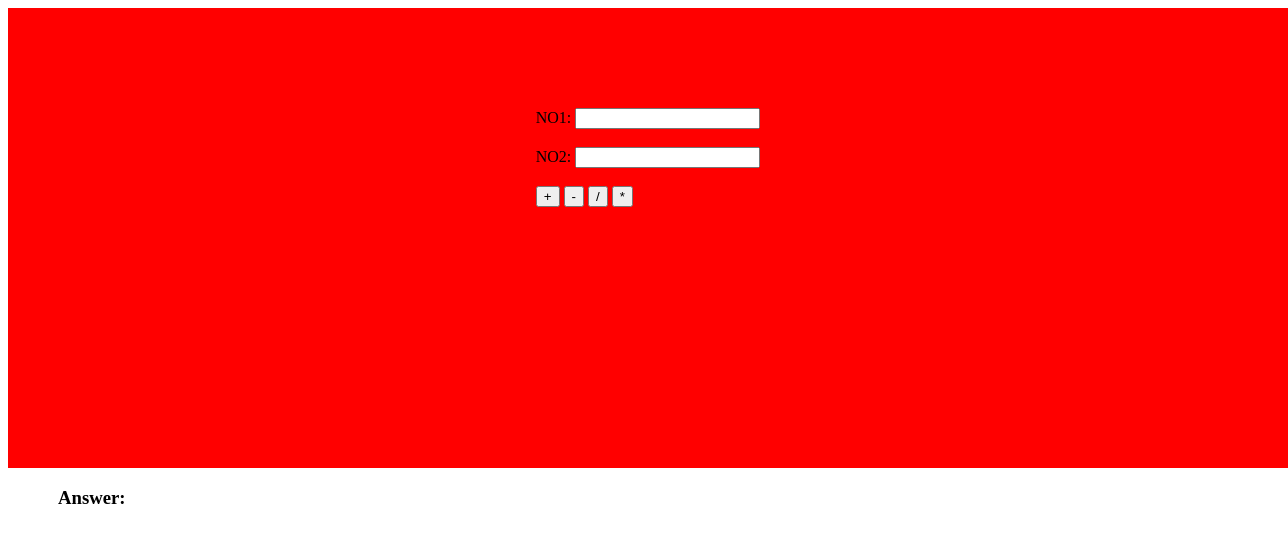
Repository: sajithmadushanka/simple-calculator-using-jsp
Page: http://localhost/simple_calculator/
The author's editor kept a copy of each file at every save. The page is drawn from the files as they stood at one save, then again after the next save.
The browser window is 1280 px wide. The page is 1288 px wide, so the pictures cover 1288 px, including what lies to the right of the window. The pictures show the whole page.
The page is served by Tomcat 9.

Above is the page before, as saved 2023-09-19 09:20:48.

After the next save:
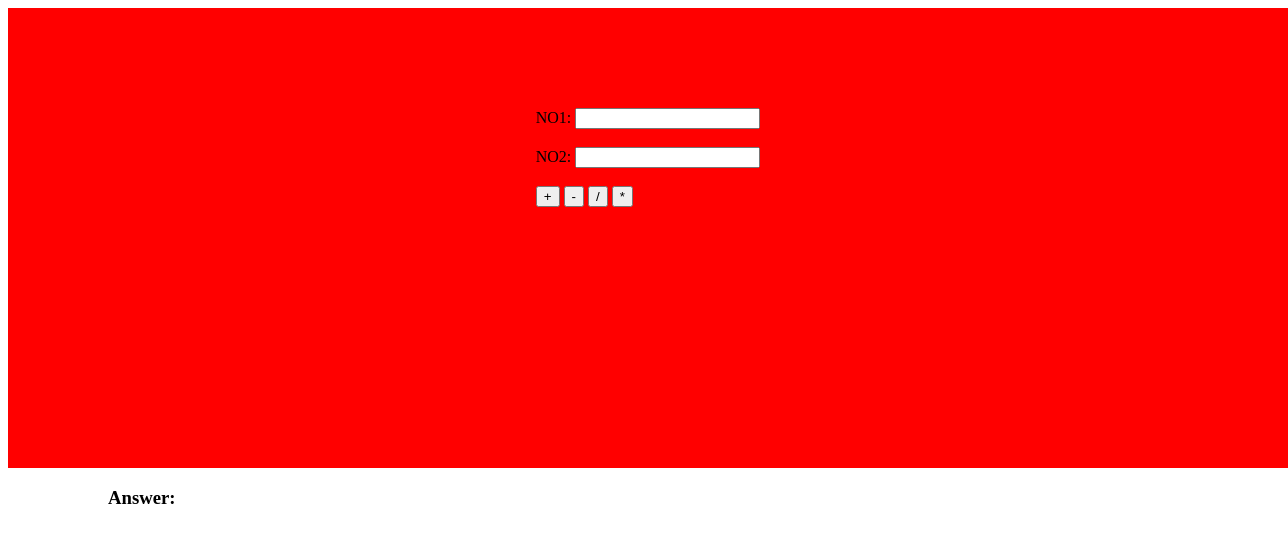
Saved 14 s later.
--- a/simple_calculator/WebContent/index.jsp
+++ b/simple_calculator/WebContent/index.jsp
@@ -15,7 +15,7 @@
 		   	padding-top:100px;
 		}
 	h3{
-	margin-left:50px
+	margin-left:100px;
 	}
 </style>
 </head>
